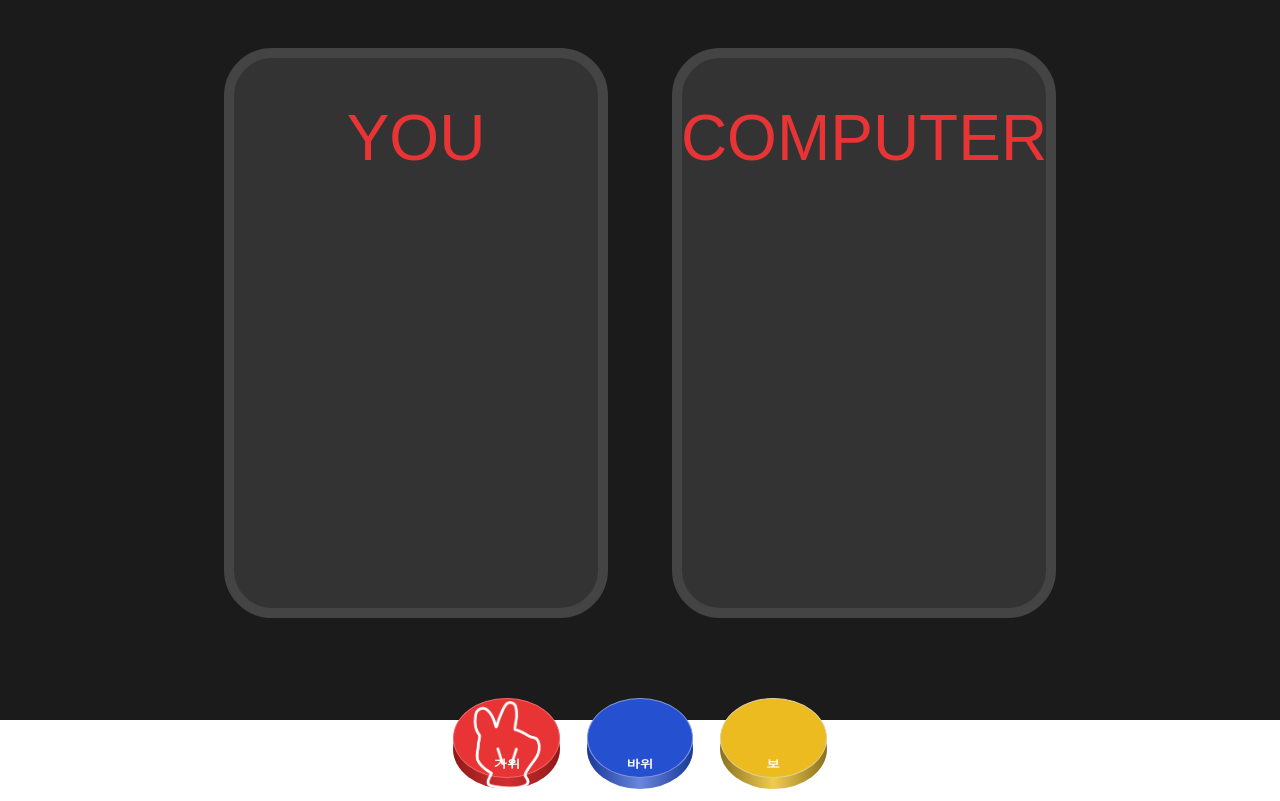
Repository: KIMMIHYE12/classComponent
Page: /
These files come from the project's save history. The page is drawn as it stood at one moment and after the next save; the edit follows.
The browser window is 1280 px wide. The pictures show the whole page.
Some web fonts or font styles are not loaded; a fallback is used. The project was rebuilt for these pictures with package versions that can differ from the ones it lists, and the page was loaded fresh each time.

Above is the page before, as saved 2024-03-20 00:14:44.

After the next save:
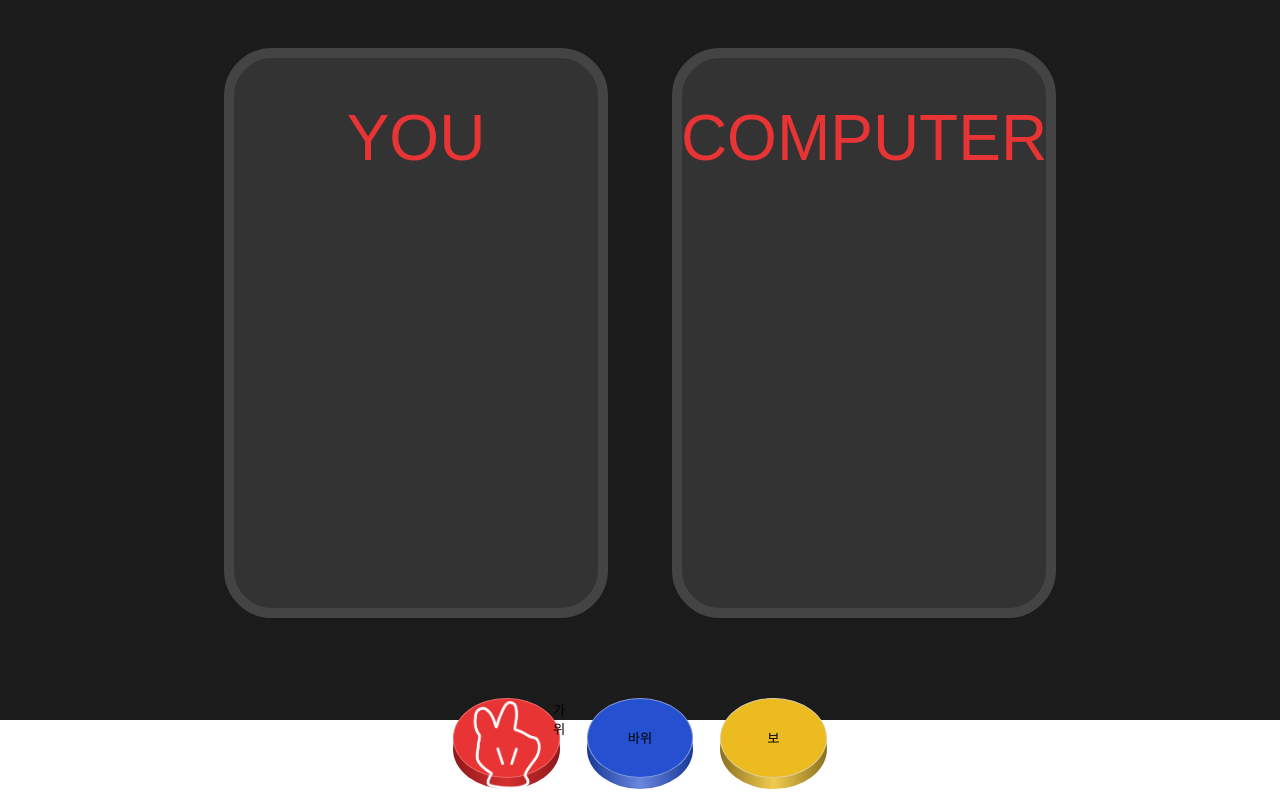
Saved 40 s later.
--- a/src/App.css
+++ b/src/App.css
@@ -152,12 +152,6 @@ img {
   top: 6px;
 }
 
-.btn_wrap button span {
-  position: absolute;
-  left: 50%;
-  bottom: 3px;
-  color: white;
-  font-size: 0.9rem;
-  font-weight: 700;
-  transform: translate(-50%, 0) scale(1, 0.75);
+.btn_items {
+  display: flex;
 }
